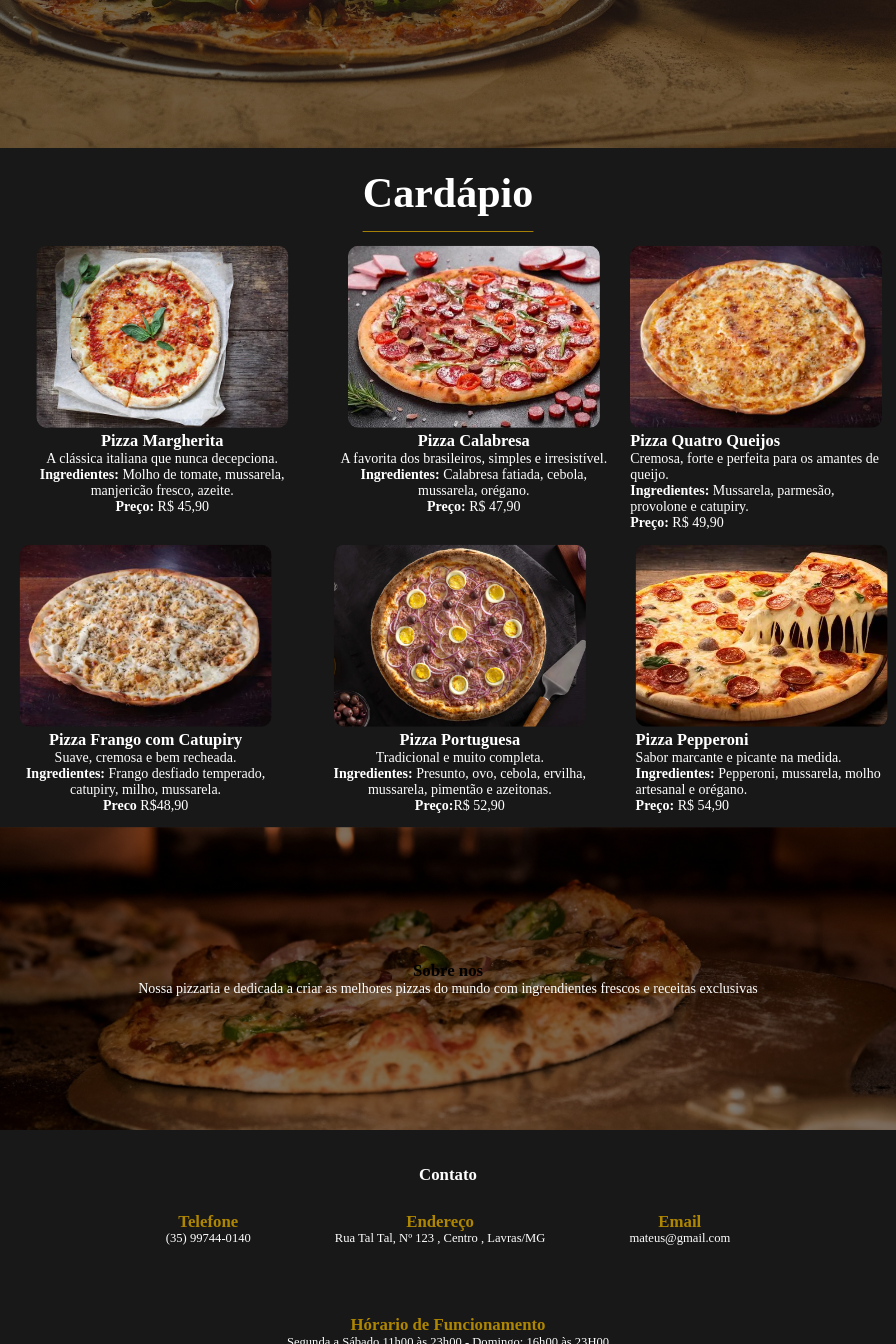
Repository: Mateushlp/landing-page-pizza
Page: index.html
These files come from the project's save history. The page is drawn as it stood at one moment and after the next save; the edit follows.
The browser window is 1280 px wide. The pictures show the part of the page from y = 773 to 2693 px (the page is 2900 px tall before and 2920 px after), at 70% of full size.

Above is the page before, as saved 2026-05-03 11:34:56.

After the next save:
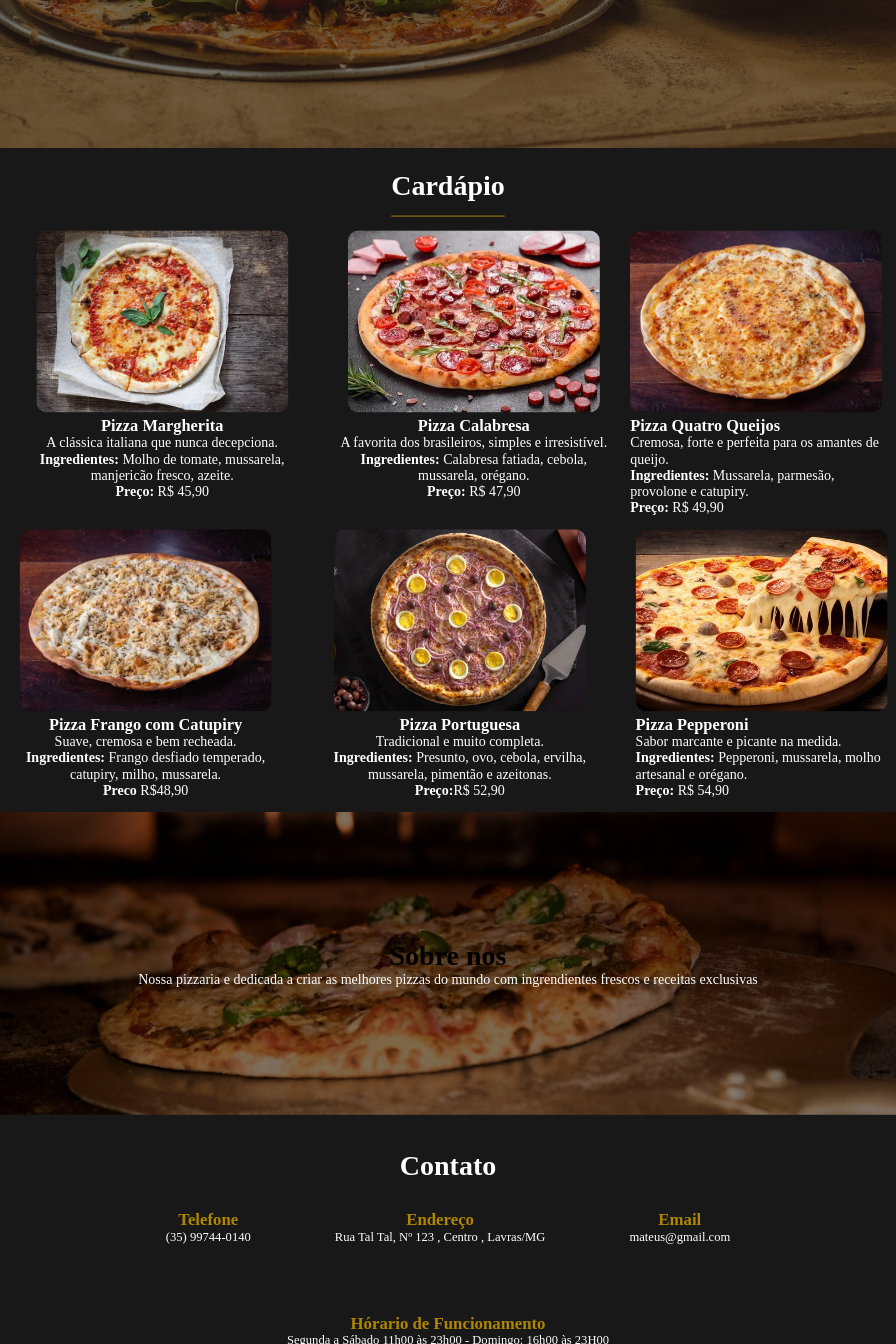
Saved 7 s later.
--- a/style.css
+++ b/style.css
@@ -133,7 +133,7 @@
     color: #fff;
 }
 .sobre1 ,h2{
-    font
+    font-size:40px
 }
 .sobre1 p{
     font-size: 20px;

After the 2 saves that followed:
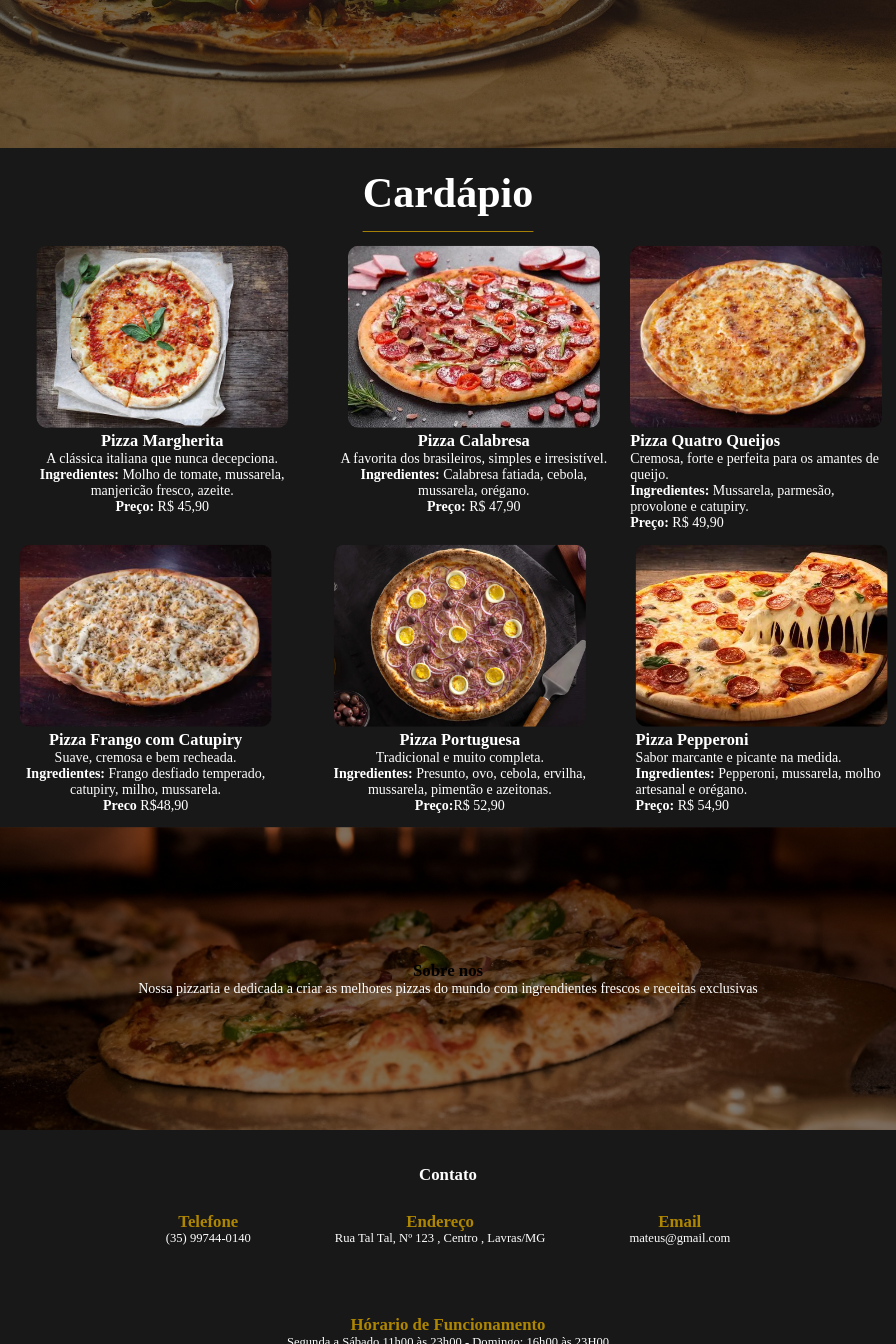
The 2 saves are shown as one change because they came seconds apart.
The last was saved 11 s later.
--- a/style.css
+++ b/style.css
@@ -133,7 +133,8 @@
     color: #fff;
 }
 .sobre1 ,h2{
-    font-size:40px
+    font-size:50px
+    color:#fff
 }
 .sobre1 p{
     font-size: 20px;
